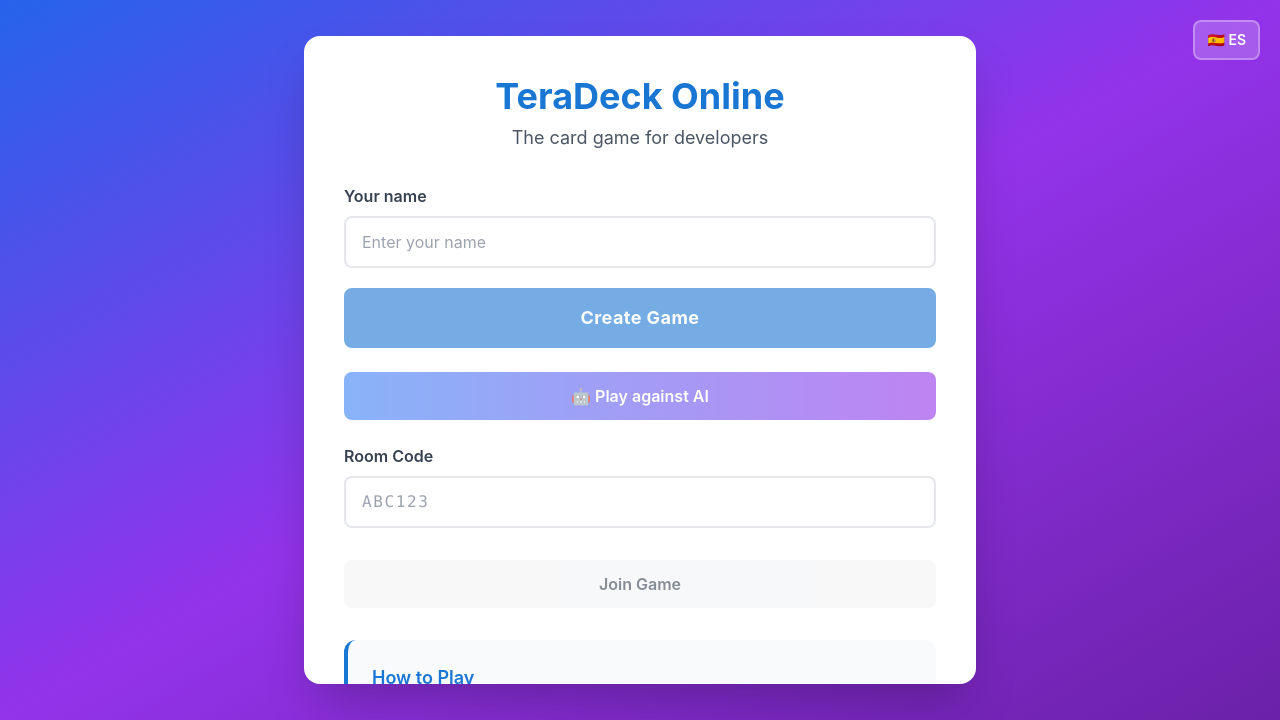
Repository: agorreca/teradeck-online
Page: / (app in frontend/)
An editor plug-in stored every save of this project. The page is shown before and after the next save, followed by the edit.
The browser window is 1280 px wide. The pictures show the whole page.
The page's requests for data from a server got no answer. An inner scrolling area shows only its first screen. The project was rebuilt for these pictures with package versions that can differ from the ones it lists, and the page was loaded fresh each time. No one was signed in, and anything a server would have sent is missing. Also part of the build but not shown: frontend/vite.config.ts, shared/src/utils/targeting.ts, frontend/src/hooks/useSocket.ts, frontend/src/hooks/useTargeting.ts, frontend/src/components/game/TargetingOverlay.tsx, frontend/src/components/game/GameBoard.tsx, frontend/src/components/game/GameRoom.tsx.

Above is the page before, as saved 2025-06-09 10:39:39.

### frontend/index.html
<!doctype html>
<html lang="es">
  <head>
    <meta charset="UTF-8" />
    <link rel="icon" type="image/svg+xml" href="/vite.svg" />
    <meta name="viewport" content="width=device-width, initial-scale=1.0" />
    <meta
      name="description"
      content="TeraDeck Online - Juego de cartas multijugador"
    />
    <link rel="manifest" href="/manifest.json" />
    <title>TeraDeck Online</title>
  </head>
  <body>
    <div id="root"></div>
    <script type="module" src="/src/main.tsx"></script>
  </body>
</html>

### frontend/src/main.tsx
import React from 'react';
import ReactDOM from 'react-dom/client';
import App from './App.tsx';
import './styles/index.css';

ReactDOM.createRoot(document.getElementById('root')!).render(
  <React.StrictMode>
    <App />
  </React.StrictMode>
);

### frontend/src/App.tsx
import {
  Navigate,
  Route,
  BrowserRouter as Router,
  Routes,
} from 'react-router-dom';
import { GameBoard } from './components/game/GameBoard';
import { GameRoom } from './components/game/GameRoom';
import { Lobby } from './components/lobby/Lobby';
import './i18n';

function App() {
  return (
    <Router>
      <div className="app">
        <Routes>
          {/* Landing/Lobby page */}
          <Route path="/" element={<Lobby />} />

          {/* Game room (waiting for players) */}
          <Route path="/room/:roomCode" element={<GameRoom />} />

          {/* Active game */}
          <Route path="/game/:roomCode" element={<GameBoard />} />

          {/* Redirect any unknown routes to lobby */}
          <Route path="*" element={<Navigate to="/" replace />} />
        </Routes>
      </div>
    </Router>
  );
}

export default App;

### frontend/src/components/lobby/Lobby.tsx
import { useState } from 'react';
import { useNavigate } from 'react-router-dom';
import { AIDifficulty, Language } from '../../../../shared/src/types/game';
import { useGameSocket } from '../../hooks/useGameSocket';
import { useTranslation } from '../../hooks/useTranslation';

export function Lobby() {
  const [nickname, setNickname] = useState('');
  const [roomCode, setRoomCode] = useState('');
  const [isCreating, setIsCreating] = useState(false);
  const [isJoining, setIsJoining] = useState(false);

  const [showAIOptions, setShowAIOptions] = useState(false);
  const [selectedAIDifficulty, setSelectedAIDifficulty] =
    useState<AIDifficulty>(AIDifficulty.NORMAL);
  const [maxPlayers, setMaxPlayers] = useState<number>(4);
  const [aiPlayers, setAiPlayers] = useState<number>(1);
  const navigate = useNavigate();
  const { socket, createRoom, joinRoom } = useGameSocket();
  const { t, tUI, changeLanguage, isSpanish, language } = useTranslation();

  const handleCreateRoom = async () => {
    if (!nickname.trim()) {
      alert(
        t('errors.pleaseEnterNickname', {
          defaultValue: 'Por favor ingresa tu nickname',
        })
      );
      return;
    }

    setIsCreating(true);
    try {
      const settings = {
        maxPlayers: maxPlayers,
        aiPlayers: 0,
        language,
        aiDifficulty: AIDifficulty.NORMAL,
      };

      await createRoom(settings, nickname);
    } catch (error) {
      console.error('Error creating room:', error);
      alert(t('errors.createRoom', { defaultValue: 'Error al crear la sala' }));
    } finally {
      setIsCreating(false);
    }
  };

  const handleCreateAIGame = async (difficulty: AIDifficulty) => {
    if (!nickname.trim()) {
      alert(
        t('errors.pleaseEnterNickname', {
          defaultValue: 'Por favor ingresa tu nickname',
        })
      );
      return;
    }

    setIsCreating(true);
    try {
      const settings = {
        maxPlayers: aiPlayers + 1, // Player + AI players
        aiPlayers: aiPlayers,
        language,
        aiDifficulty: difficulty,
      };

      await createRoom(settings, nickname);
    } catch (error) {
      console.error('Error creating AI game:', error);
      alert(t('errors.createRoom', { defaultValue: 'Error al crear la sala' }));
    } finally {
      setIsCreating(false);
      setShowAIOptions(false);
    }
  };

  const handleJoinRoom = async () => {
    if (!nickname.trim() || !roomCode.trim()) {
      alert(
        t('errors.enterNicknameAndCode', {
          defaultValue: 'Por favor ingresa tu nickname y el código de sala',
        })
      );
      return;
    }

    setIsJoining(true);
    try {
      await joinRoom(roomCode, nickname);
    } catch (error) {
      console.error('Error joining room:', error);
      alert(
        t('errors.joinRoom', { defaultValue: 'Error al unirse a la sala' })
      );
    } finally {
      setIsJoining(false);
    }
  };

  const toggleLanguage = () => {
    const newLanguage = isSpanish ? Language.ENGLISH : Language.SPANISH;
    changeLanguage(newLanguage);
  };

  // Listen for room creation/join success
  socket?.on('room-created', (code: string) => {
    navigate(`/room/${code}`);
  });

  socket?.on('room-joined', () => {
    navigate(`/room/${roomCode}`);
  });

  socket?.on('room-error', (error: string) => {
    alert(`Error: ${error}`);
    setIsCreating(false);
    setIsJoining(false);
  });

  return (
    <div className="lobby">
      <div className="lobby-container">
        {/* Language Toggle */}
        <div className="language-toggle">
          <button
            className="btn-language"
            onClick={toggleLanguage}
            title={isSpanish ? 'Switch to English' : 'Cambiar a Español'}
          >
            {isSpanish ? '🇺🇸 EN' : '🇪🇸 ES'}
          </button>
        </div>

        <h1 className="lobby-title">{tUI('lobby.title')}</h1>
        <p className="lobby-subtitle">{tUI('lobby.subtitle')}</p>

        <div className="lobby-form">
          <div className="form-group">
            <label htmlFor="nickname">{tUI('lobby.nickname')}</label>
            <input
              id="nickname"
              type="text"
              value={nickname}
              onChange={e => setNickname(e.target.value)}
              placeholder={isSpanish ? 'Ingresa tu nombre' : 'Enter your name'}
              maxLength={20}
              className="w-full px-4 py-3 border-2 border-gray-200 rounded-lg text-base
                       transition-colors duration-200 focus:outline-none focus:border-primary-500
                       placeholder:text-gray-400"
            />
          </div>

          <div className="lobby-actions">
            <button
              className="btn btn-primary w-full py-4 text-lg font-bold tracking-wide
                       transform transition-all duration-200 hover:scale-105
                       disabled:hover:scale-100 disabled:cursor-not-allowed"
              onClick={handleCreateRoom}
              disabled={isCreating || !nickname.trim()}
            >
              {isCreating ? (
                <span className="flex items-center justify-center gap-2">
                  <div className="w-5 h-5 border-2 border-white border-t-transparent rounded-full animate-spin"></div>
                  {tUI('lobby.creating')}
                </span>
              ) : (
                tUI('lobby.createGame')
              )}
            </button>

            {/* AI Game Section */}
            <div className="ai-section">
              <button
                className="btn btn-secondary w-full py-3 bg-gradient-to-r from-blue-500 to-purple-600 text-white hover:from-blue-600 hover:to-purple-700 border-none"
                onClick={() => setShowAIOptions(!showAIOptions)}
                disabled={!nickname.trim()}
              >
                🤖 {isSpanish ? 'Jugar contra IA' : 'Play against AI'}
              </button>

              {showAIOptions && (
                <div className="ai-options mt-3 p-4 bg-gray-50 rounded-lg border-2 border-gray-200 space-y-4">
                  {/* Number of AI Players */}
                  <div className="flex flex-col gap-2">
                    <label className="font-semibold text-gray-700 text-sm">
                      {isSpanish
                        ? 'Oponentes IA (1-5):'
                        : 'AI Opponents (1-5):'}
                    </label>
                    <div className="flex gap-2">
                      {[1, 2, 3, 4, 5].map(num => (
                        <button
                          key={num}
                          className={`btn btn-sm px-3 py-2 rounded-lg ${
                            aiPlayers === num
                              ? 'bg-blue-500 text-white'
                              : 'bg-white border-2 border-gray-300 text-gray-700 hover:border-blue-300'
                          }`}
                          onClick={() => setAiPlayers(num)}
                        >
                          {num}
                        </button>
                      ))}
                    </div>
                  </div>

                  {/* Difficulty Selection */}
                  <div className="flex flex-col gap-2">
                    <label className="font-semibold text-gray-700 text-sm">
                      {isSpanish ? 'Dificultad:' : 'Difficulty:'}
                    </label>
                    <div className="flex flex-col gap-2">
                      <button
                        className={`btn btn-sm py-2 ${
                          selectedAIDifficulty === AIDifficulty.EASY
                            ? 'bg-green-500 text-white'
                            : 'bg-white border-2 border-green-300 text-green-700 hover:bg-green-50'
                        }`}
                        onClick={() =>
                          setSelectedAIDifficulty(AIDifficulty.EASY)
                        }
                      >
                        🟢 {isSpanish ? 'Fácil' : 'Easy'} -{' '}
                        {isSpanish ? 'Movimientos aleatorios' : 'Random moves'}
                      </button>
                      <button
                        className={`btn btn-sm py-2 ${
                          selectedAIDifficulty === AIDifficulty.NORMAL
                            ? 'bg-yellow-500 text-white'
                            : 'bg-white border-2 border-yellow-300 text-yellow-700 hover:bg-yellow-50'
                        }`}
                        onClick={() =>
                          setSelectedAIDifficulty(AIDifficulty.NORMAL)
                        }
                      >
                        🟡 {isSpanish ? 'Normal' : 'Normal'} -{' '}
                        {isSpanish
                          ? 'Estrategia balanceada'
                          : 'Balanced strategy'}
                      </button>
                      <button
                        className={`btn btn-sm py-2 ${
                          selectedAIDifficulty === AIDifficulty.HARD
                            ? 'bg-red-500 text-white'
                            : 'bg-white border-2 border-red-300 text-red-700 hover:bg-red-50'
                        }`}
                        onClick={() =>
                          setSelectedAIDifficulty(AIDifficulty.HARD)
                        }
                      >
                        🔴 {isSpanish ? 'Difícil' : 'Hard'} -{' '}
                        {isSpanish
                          ? 'Estrategia avanzada'
                          : 'Advanced strategy'}
                      </button>
                    </div>
                  </div>

                  {/* Start AI Game Button */}
                  <button
                    className="btn btn-primary w-full py-3 mt-3 bg-gradient-to-r from-purple-500 to-blue-600 text-white hover:from-purple-600 hover:to-blue-700"
                    onClick={() => handleCreateAIGame(selectedAIDifficulty)}
                    disabled={isCreating}
                  >
                    {isCreating ? (
                      <span className="flex items-center justify-center gap-2">
                        <div className="w-4 h-4 border-2 border-white border-t-transparent rounded-full animate-spin"></div>
                        {isSpanish ? 'Creando...' : 'Creating...'}
                      </span>
                    ) : (
                      `🚀 ${isSpanish ? 'Empezar Partida' : 'Start Game'} (${aiPlayers} IA)`
                    )}
                  </button>
                </div>
              )}
            </div>

            <div className="join-section">
              <div className="form-group">
                <label htmlFor="roomCode">{tUI('lobby.roomCode')}</label>
                <input
                  id="roomCode"
                  type="text"
                  value={roomCode}
                  onChange={e => setRoomCode(e.target.value.toUpperCase())}
                  placeholder="ABC123"
                  maxLength={6}
                  className="w-full px-4 py-3 border-2 border-gray-200 rounded-lg text-base
                           transition-colors duration-200 focus:outline-none focus:border-primary-500
                           placeholder:text-gray-400 uppercase tracking-widest font-mono"
                />
              </div>
              <button
                className="btn btn-secondary w-full py-3 transition-all duration-200
                         hover:shadow-md disabled:hover:shadow-none"
                onClick={handleJoinRoom}
                disabled={isJoining || !nickname.trim() || !roomCode.trim()}
              >
                {isJoining ? (
                  <span className="flex items-center justify-center gap-2">
                    <div className="w-4 h-4 border-2 border-gray-600 border-t-transparent rounded-full animate-spin"></div>
                    {tUI('lobby.joining')}
                  </span>
                ) : (
                  tUI('lobby.joinGame')
                )}
              </button>
            </div>
          </div>
        </div>

        <div className="lobby-info">
          <h3 className="text-lg font-bold mb-3">{tUI('lobby.howToPlay')}</h3>
          <ul className="space-y-2">
            {(
              t('ui.lobby.instructions', { returnObjects: true }) as string[]
            ).map((instruction: string, index: number) => (
              <li key={index} className="flex items-start gap-2">
                <span className="text-blue-500 text-lg">🎯</span>
                <span className="text-gray-700">{instruction}</span>
              </li>
            ))}
          </ul>
        </div>

        {/* Game Rules Summary */}
        <div className="game-rules">
          <h3 className="text-xl font-bold mb-4 flex items-center justify-center gap-2">
            <span>📖</span>
            {isSpanish ? 'Reglas del Juego' : 'Game Rules'}
          </h3>
          <div className="rules-grid space-y-3">
            <div className="rule-item transform transition-all duration-200 hover:scale-105">
              <strong className="flex items-center gap-2">
                <span>🎯</span>
                {isSpanish ? 'Objetivo:' : 'Objective:'}
              </strong>
              <span>
                {isSpanish
                  ? 'Reunir 4 módulos estables (Frontend, Backend, Mobile, Data Science)'
                  : 'Gather 4 stable modules (Frontend, Backend, Mobile, Data Science)'}
              </span>
            </div>
            <div className="rule-item transform transition-all duration-200 hover:scale-105">
              <strong className="flex items-center gap-2">
                <span>⚡</span>
                {isSpanish ? 'Turno:' : 'Turn:'}
              </strong>
              <span>
                {isSpanish
                  ? 'Jugar 1 carta O descartar 1-3 cartas, luego robar hasta tener 3'
                  : 'Play 1 card OR discard 1-3 cards, then draw to have 3'}
              </span>
            </div>
            <div className="rule-item transform transition-all duration-200 hover:scale-105">
              <strong className="flex items-center gap-2">
                <span>🃏</span>
                {isSpanish ? 'Cartas:' : 'Cards:'}
              </strong>
              <span>
                {isSpanish
                  ? 'Módulos, Bugs (sabotean), Parches (protegen), Operaciones (especiales)'
                  : 'Modules, Bugs (sabotage), Patches (protect), Operations (special)'}
              </span>
            </div>
          </div>
        </div>
      </div>
    </div>
  );
}

### frontend/src/i18n/index.ts
import i18n from 'i18next';
import LanguageDetector from 'i18next-browser-languagedetector';
import { initReactI18next } from 'react-i18next';

// Import translations
import de from './locales/de.json';
import enGB from './locales/en-GB.json';
import en from './locales/en.json';
import esAR from './locales/es-AR.json';
import esES from './locales/es-ES.json';
import esMX from './locales/es-MX.json';
import es from './locales/es.json';
import fr from './locales/fr.json';
import it from './locales/it.json';
import pt from './locales/pt.json';

const resources = {
  es: { translation: es },
  'es-AR': { translation: esAR },
  'es-ES': { translation: esES },
  'es-MX': { translation: esMX },
  en: { translation: en },
  'en-US': { translation: en },
  'en-GB': { translation: enGB },
  fr: { translation: fr },
  pt: { translation: pt },
  it: { translation: it },
  de: { translation: de },
};

i18n
  .use(LanguageDetector)
  .use(initReactI18next)
  .init({
    resources,
    fallbackLng: 'es', // Spanish as default

    // Language detection options
    detection: {
      order: ['localStorage', 'navigator', 'htmlTag'],
      caches: ['localStorage'],
      lookupLocalStorage: 'teradeck-language',
    },

    interpolation: {
      escapeValue: false, // React already escapes values
    },

    // Debug mode for development
    debug: process.env.NODE_ENV === 'development',
  });

export default i18n;

### frontend/src/hooks/useTranslation.ts
import { Translations } from '@shared/i18n';
import { Language } from '@shared/types/game';
import { useTranslation as useI18nTranslation } from 'react-i18next';

export function useTranslation() {
  const { t, i18n } = useI18nTranslation();

  const currentLanguage = i18n.language as Language;
  const translations = i18n.getResourceBundle(
    currentLanguage,
    'translation'
  ) as Translations;

  const changeLanguage = async (newLanguage: Language) => {
    await i18n.changeLanguage(newLanguage);
  };

  return {
    t, // Direct access to i18next t function
    language: currentLanguage,
    translations, // Access to full translation object
    changeLanguage,
    isSpanish: currentLanguage === Language.SPANISH,
    isEnglish: currentLanguage === Language.ENGLISH,

    // Helper functions for common patterns
    tCard: (cardKey: string) => t(`cards.${cardKey}`),
    tUI: (uiKey: string) => t(`ui.${uiKey}`),
    tError: (errorKey: string) => t(`errors.${errorKey}`),
    tAction: (actionKey: string) => t(`actions.${actionKey}`),
  };
}

### frontend/src/hooks/useGameSocket.ts
import type { GameAction, GameSettings } from '@shared/types/game';
import { useEffect, useState } from 'react';
import { io, Socket } from 'socket.io-client';

interface UseGameSocketReturn {
  socket: Socket | null;
  isConnected: boolean;
  createRoom: (settings: GameSettings, nickname: string) => Promise<void>;
  joinRoom: (roomCode: string, nickname: string) => Promise<void>;
  leaveRoom: () => void;
  sendGameAction: (action: GameAction) => void;
  startGame: () => void;
}

export function useGameSocket(): UseGameSocketReturn {
  const [socket, setSocket] = useState<Socket | null>(null);
  const [isConnected, setIsConnected] = useState(false);

  useEffect(() => {
    const newSocket = io(
      import.meta.env.VITE_SERVER_URL || 'http://localhost:7777'
    );

    newSocket.on('connect', () => {
      console.log('🔌 Connected to server');
      setIsConnected(true);
    });

    newSocket.on('disconnect', () => {
      console.log('🔌 Disconnected from server');
      setIsConnected(false);
    });

    newSocket.on('error', (error: string) => {
      console.error('Socket error:', error);
    });

    setSocket(newSocket);

    return () => {
      newSocket.close();
    };
  }, []);

  const createRoom = async (
    settings: GameSettings,
    nickname: string
  ): Promise<void> => {
    return new Promise((resolve, reject) => {
      if (!socket) {
        reject(new Error('Socket not connected'));
        return;
      }

      socket.emit('create-room', settings);

      const timeout = setTimeout(() => {
        reject(new Error('Timeout creating room'));
      }, 5000);

      socket.once('room-created', () => {
        clearTimeout(timeout);
        resolve();
      });

      socket.once('room-error', (error: string) => {
        clearTimeout(timeout);
        reject(new Error(error));
      });
    });
  };

  const joinRoom = async (
    roomCode: string,
    nickname: string
  ): Promise<void> => {
    return new Promise((resolve, reject) => {
      if (!socket) {
        reject(new Error('Socket not connected'));
        return;
      }

      socket.emit('join-room', roomCode, nickname);

      const timeout = setTimeout(() => {
        reject(new Error('Timeout joining room'));
      }, 5000);

      socket.once('room-joined', () => {
        clearTimeout(timeout);
        resolve();
      });

      socket.once('room-error', (error: string) => {
        clearTimeout(timeout);
        reject(new Error(error));
      });
    });
  };

  const leaveRoom = () => {
    if (socket) {
      socket.emit('leave-room');
    }
  };

  const sendGameAction = (action: GameAction) => {
    if (socket) {
      socket.emit('game-action', action);
    }
  };

  const startGame = () => {
    if (socket) {
      socket.emit('start-game');
    }
  };

  return {
    socket,
    isConnected,
    createRoom,
    joinRoom,
    leaveRoom,
    sendGameAction,
    startGame,
  };
}

Loaded but not shown: frontend/src/i18n/locales/es.json (153 lines, source omitted); frontend/src/i18n/locales/en.json (153 lines, source omitted); frontend/src/i18n/locales/es-AR.json (126 lines, source omitted); frontend/src/i18n/locales/es-ES.json (105 lines, source omitted); frontend/src/i18n/locales/es-MX.json (105 lines, source omitted); frontend/src/i18n/locales/en-GB.json (105 lines, source omitted); frontend/src/i18n/locales/fr.json (96 lines, source omitted); frontend/src/i18n/locales/it.json (96 lines, source omitted); frontend/src/i18n/locales/de.json (96 lines, source omitted); frontend/src/i18n/locales/pt.json (96 lines, source omitted); frontend/tailwind.config.js (94 lines, source omitted); frontend/src/styles/index.css (496 lines, source omitted); shared/src/types/game.ts (255 lines, source omitted)

After the next save:
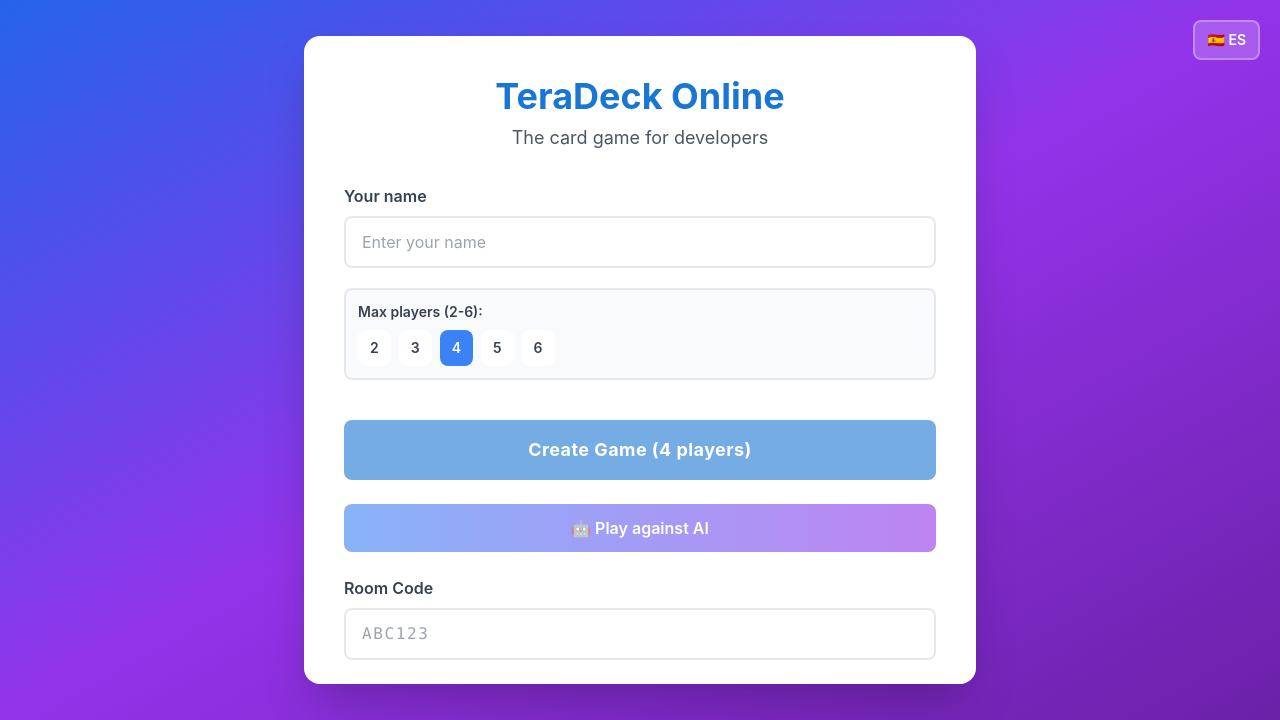
Saved 17 s later.
--- a/frontend/src/components/lobby/Lobby.tsx
+++ b/frontend/src/components/lobby/Lobby.tsx
@@ -153,6 +153,30 @@ export function Lobby() {
           </div>
 
           <div className="lobby-actions">
+            {/* Max Players Selection */}
+            <div className="mb-4 p-3 bg-gray-50 rounded-lg border-2 border-gray-200">
+              <label className="block font-semibold text-gray-700 text-sm mb-2">
+                {isSpanish
+                  ? 'Máximo de jugadores (2-6):'
+                  : 'Max players (2-6):'}
+              </label>
+              <div className="flex gap-2">
+                {[2, 3, 4, 5, 6].map(num => (
+                  <button
+                    key={num}
+                    className={`btn btn-sm px-3 py-2 rounded-lg ${
+                      maxPlayers === num
+                        ? 'bg-blue-500 text-white'
+                        : 'bg-white border-2 border-gray-300 text-gray-700 hover:border-blue-300'
+                    }`}
+                    onClick={() => setMaxPlayers(num)}
+                  >
+                    {num}
+                  </button>
+                ))}
+              </div>
+            </div>
+
             <button
               className="btn btn-primary w-full py-4 text-lg font-bold tracking-wide
                        transform transition-all duration-200 hover:scale-105
@@ -166,7 +190,7 @@ export function Lobby() {
                   {tUI('lobby.creating')}
                 </span>
               ) : (
-                tUI('lobby.createGame')
+                `${tUI('lobby.createGame')} (${maxPlayers} ${isSpanish ? 'jugadores' : 'players'})`
               )}
             </button>
 
